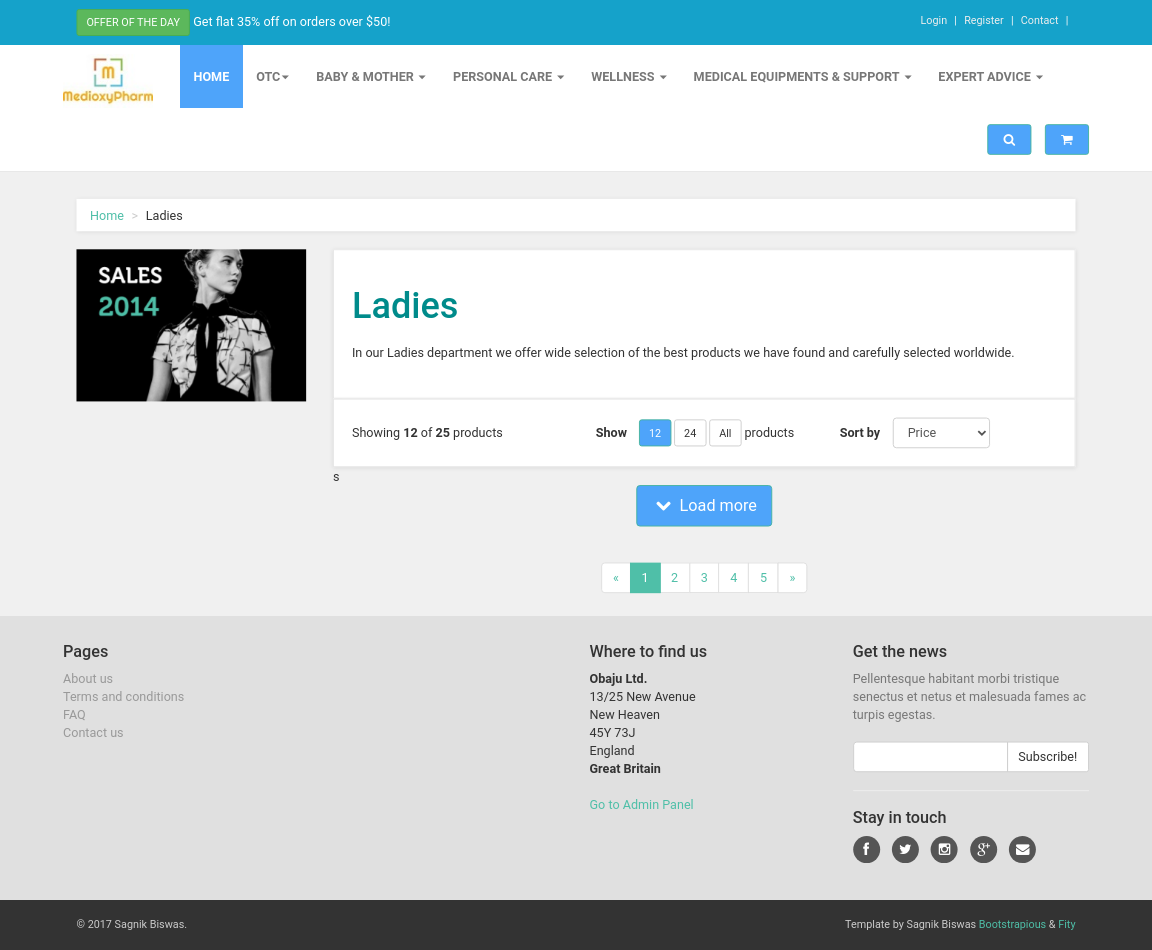
Repository: Sagnikb9/Java-Devops-Ecommerce
Page: http://localhost/MedioxyPharm/WEB-INF/views/product.jsp
The author's editor kept a copy of each file at every save. The page is drawn from the files as they stood at one save, then again after the next save.
The browser window is 1280 px wide. The pictures show the whole page, at 90% of full size.
Some web fonts or font styles are not loaded; a fallback is used. The page is served by Tomcat 9. Nobody is signed in. Other server files are loaded and not shown. The template is opened directly, without the code that normally fills it, so the values that code supplies are empty.

Above is the page before, as saved 2017-11-17 23:21:49.

### MedioxyPharm/src/main/webapp/WEB-INF/views/product.jsp
<%@ taglib prefix = "c" uri = "http://java.sun.com/jsp/jstl/core" %>
<jsp:include page="headerContext.jsp"></jsp:include>
<%@ page import="com.*" %>
    <div id="all">

        <div id="content">
            <div class="container">

                <div class="col-md-12">
                    <ul class="breadcrumb">
                        <li><a href="#">Home</a>
                        </li>
                        <li>Ladies</li>
                    </ul>
                </div>

                <div class="col-md-3">

<style>
 .img-responsive1{
    display: block;
    width: 100% \9;
    max-width: 100%;
    height: 200px;
}



</style>


                    <div class="banner">
                        <a href="#">
                            <img src="img/banner.jpg" alt="sales 2014" class="img-responsive">
                        </a>
                    </div>
                </div>

                <div class="col-md-9">
                    <div class="box">
                        <h1>Ladies</h1>
                        <p>In our Ladies department we offer wide selection of the best products we have found and carefully selected worldwide.</p>
                    </div>

                    <div class="box info-bar">
                        <div class="row">
                            <div class="col-sm-12 col-md-4 products-showing">
                                Showing <strong>12</strong> of <strong>25</strong> products
                            </div>

                            <div class="col-sm-12 col-md-8  products-number-sort">
                                <div class="row">
                                    <form class="form-inline">
                                        <div class="col-md-6 col-sm-6">
                                            <div class="products-number">
                                                <strong>Show</strong>  <a href="#" class="btn btn-default btn-sm btn-primary">12</a>  <a href="#" class="btn btn-default btn-sm">24</a>  <a href="#" class="btn btn-default btn-sm">All</a> products
                                            </div>
                                        </div>
                                        <div class="col-md-6 col-sm-6">
                                            <div class="products-sort-by">
                                                <strong>Sort by</strong>
                                                <select name="sort-by" class="form-control">
                                                    <option>Price</option>
                                                    <option>Name</option>
                                                    <option>Sales first</option>
                                                </select>
                                            </div>
                                        </div>
                                    </form>
                                </div>
                            </div>
                        </div>
                    </div>

                    <div class="row products">
<c:forEach items="${productList}" var="product">
                        <div class="col-md-4 col-sm-6">
                            <div class="product">
                                <div class="flip-container">
                                    <div class="flipper">
                                        <div class="">
                                            <a href="<c:url value="details/${product.proId}"/>">
                                                <img src="assets/img/${product.proId}.jpg" alt="" class="img-responsive1">
                                            </a>
                                        </div>

                                    </div>
                                </div>

                                <div class="text">
                                                <h3><a href="<c:url value="details/${product.proId}"/>"><span style="color:#30d4ff">${product.proName}</span></a></h3>
                                                <p class="price"><span style="color:#ff3048">${product.proPrice}</span></p>
                                            </div>
                                <!-- /.text -->
                            </div>
                            <!-- /.product -->
                        </div>

</c:forEach>
                        <!-- /.col-md-4 -->
                    </div>
                    <!-- /.products -->




<div class="product-slider">
                    <c:forEach items="${productList}" var="product">
                        <div class="item">
                            <div class="product">
                                <div class="flip-container">
                                    <div class="flipper">
                                        <div class="">
                                            <a href="<c:url value="details/${product.proId}"/>">
                                                <img src="assets/img/${product.proId}.jpg" alt="" class="img-responsive1">
                                            </a>
                                            <div class="text">
                                                <h3><a href="<c:url value="details/${product.proId}"/>"><span style="color:#30d4ff">${product.proName}</span></a></h3>
                                                <p class="price"><span style="color:#ff3048">${product.proPrice}</span></p>
                                            </div>
                                        </div>

                                    </div>
                                </div>


                                <!-- /.text -->
                            </div>
                            <!-- /.product -->
                        </div>
                        </c:forEach>
                    </div>             s
                    <div class="pages">

                        <p class="loadMore">
                            <a href="#" class="btn btn-primary btn-lg"><i class="fa fa-chevron-down"></i> Load more</a>
                        </p>

                        <ul class="pagination">
                            <li><a href="#">&laquo;</a>
                            </li>
                            <li class="active"><a href="#">1</a>
                            </li>
                            <li><a href="#">2</a>
                            </li>
                            <li><a href="#">3</a>
                            </li>
                            <li><a href="#">4</a>
                            </li>
                            <li><a href="#">5</a>
                            </li>
                            <li><a href="#">&raquo;</a>
                            </li>
                        </ul>
                    </div>


                </div>
                <!-- /.col-md-9 -->
            </div>
            <!-- /.container -->
        </div>
        <!-- /#content -->

<jsp:include page="footerContext.jsp"></jsp:include>

### MedioxyPharm/src/main/webapp/WEB-INF/views/footerContext.jsp
        <!-- *** FOOTER ***
 _________________________________________________________ -->
        <div id="footer" data-animate="fadeInUp">
            <div class="container">
                <div class="row">
                    <div class="col-md-3 col-sm-6">
                        <h4>Pages</h4>

                        <ul>
                            <li><a href="text.html">About us</a>
                            </li>
                            <li><a href="text.html">Terms and conditions</a>
                            </li>
                            <li><a href="faq.html">FAQ</a>
                            </li>
                            <li><a href="contact">Contact us</a>
                            </li>
                        </ul>



                    </div>
                    <!-- /.col-md-3 -->

                    <div class="col-md-3 col-sm-6">



                        <hr class="hidden-md hidden-lg">

                    </div>
                    <!-- /.col-md-3 -->

                    <div class="col-md-3 col-sm-6">

                        <h4>Where to find us</h4>

                        <p><strong>Obaju Ltd.</strong>
                            <br>13/25 New Avenue
                            <br>New Heaven
                            <br>45Y 73J
                            <br>England
                            <br>
                            <strong>Great Britain</strong>
                        </p>

                        <a href="adminDashboard">Go to Admin Panel</a>

                        <hr class="hidden-md hidden-lg">

                    </div>
                    <!-- /.col-md-3 -->



                    <div class="col-md-3 col-sm-6">

                        <h4>Get the news</h4>

                        <p class="text-muted">Pellentesque habitant morbi tristique senectus et netus et malesuada fames ac turpis egestas.</p>

                        <form>
                            <div class="input-group">

                                <input type="text" class="form-control">

                                <span class="input-group-btn">

			    <button class="btn btn-default" type="button">Subscribe!</button>

			</span>

                            </div>
                            <!-- /input-group -->
                        </form>

                        <hr>

                        <h4>Stay in touch</h4>

                        <p class="social">
                            <a href="#" class="facebook external" data-animate-hover="shake"><i class="fa fa-facebook"></i></a>
                            <a href="#" class="twitter external" data-animate-hover="shake"><i class="fa fa-twitter"></i></a>
                            <a href="#" class="instagram external" data-animate-hover="shake"><i class="fa fa-instagram"></i></a>
                            <a href="#" class="gplus external" data-animate-hover="shake"><i class="fa fa-google-plus"></i></a>
                            <a href="#" class="email external" data-animate-hover="shake"><i class="fa fa-envelope"></i></a>
                        </p>


                    </div>
                    <!-- /.col-md-3 -->

                </div>
                <!-- /.row -->

            </div>
            <!-- /.container -->
        </div>
        <!-- /#footer -->

        <!-- *** FOOTER END *** -->




        <!-- *** COPYRIGHT ***
 _________________________________________________________ -->
        <div id="copyright">
            <div class="container">
                <div class="col-md-6">
                    <p class="pull-left">© 2017 Sagnik Biswas.</p>

                </div>
                <div class="col-md-6">
                    <p class="pull-right">Template by Sagnik Biswas <a href="https://bootstrapious.com/e-commerce-templates">Bootstrapious</a> & <a href="https://fity.cz">Fity</a>
                         <!-- Not removing these links is part of the license conditions of the template. Thanks for understanding :) If you want to use the template without the attribution links, you can do so after supporting further themes development at https://bootstrapious.com/donate  -->
                    </p>
                </div>
            </div>
        </div>
        <!-- *** COPYRIGHT END *** -->



    </div>
    <!-- /#all -->




    <!-- *** SCRIPTS TO INCLUDE ***
 _________________________________________________________ -->
    <script src="<%=request.getContextPath()%>/js/jquery-1.11.0.min.js"></script>
    <script src="<%=request.getContextPath()%>/js/bootstrap.min.js"></script>
    <script src="<%=request.getContextPath()%>/js/jquery.cookie.js"></script>
    <script src="<%=request.getContextPath()%>/js/waypoints.min.js"></script>
    <script src="<%=request.getContextPath()%>/js/modernizr.js"></script>
    <script src="<%=request.getContextPath()%>/js/bootstrap-hover-dropdown.js"></script>
    <script src="<%=request.getContextPath()%>/js/owl.carousel.min.js"></script>
    <script src="<%=request.getContextPath()%>/js/front.js"></script>


</body>

</html>

Loaded but not shown: MedioxyPharm/src/main/webapp/css/font-awesome.css (library); MedioxyPharm/src/main/webapp/css/bootstrap.min.css (library); MedioxyPharm/src/main/webapp/css/animate.min.css (library); MedioxyPharm/src/main/webapp/css/owl.carousel.css (common file); MedioxyPharm/src/main/webapp/css/owl.theme.css (common file); MedioxyPharm/src/main/webapp/css/custom.css (common file); MedioxyPharm/src/main/webapp/js/respond.min.js (library); MedioxyPharm/src/main/webapp/js/jquery-1.11.0.min.js (library); MedioxyPharm/src/main/webapp/js/bootstrap.min.js (library); MedioxyPharm/src/main/webapp/js/jquery.cookie.js (library); MedioxyPharm/src/main/webapp/js/waypoints.min.js (library); MedioxyPharm/src/main/webapp/js/modernizr.js (library); MedioxyPharm/src/main/webapp/js/bootstrap-hover-dropdown.js (library); MedioxyPharm/src/main/webapp/js/owl.carousel.min.js (library); MedioxyPharm/src/main/webapp/js/front.js (237 lines, source omitted); MedioxyPharm/src/main/webapp/css/style.default.css (1689 lines, source omitted); MedioxyPharm/src/main/webapp/WEB-INF/views/headerContext.jsp (394 lines, source omitted)

After the next save:
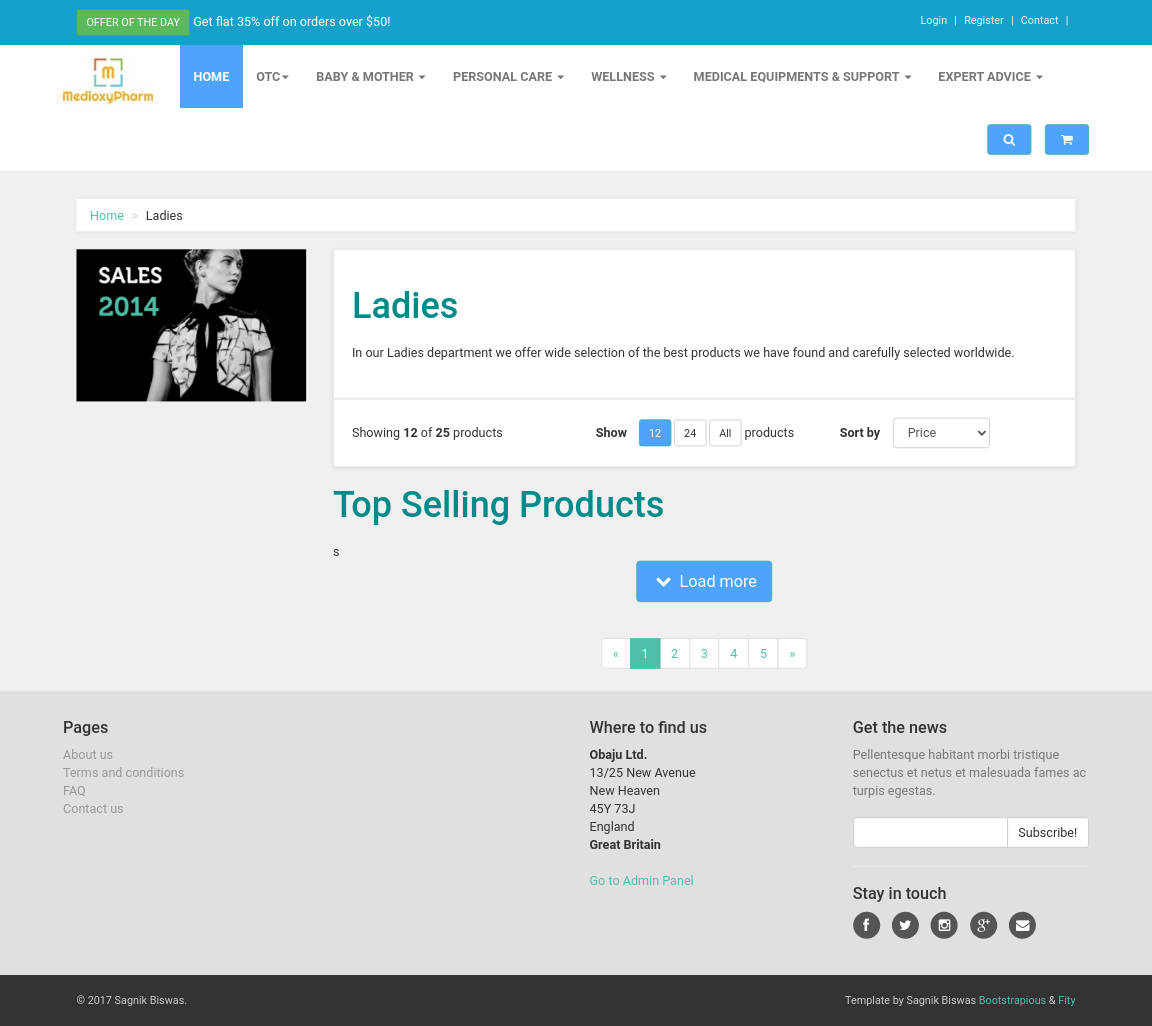
Saved 30 s later.
--- a/MedioxyPharm/src/main/webapp/WEB-INF/views/product.jsp
+++ b/MedioxyPharm/src/main/webapp/WEB-INF/views/product.jsp
@@ -102,7 +102,7 @@
                     <!-- /.products -->
 
 
-
+<h1>Top Selling Products</h1>
 
 <div class="product-slider">
                     <c:forEach items="${productList}" var="product">
